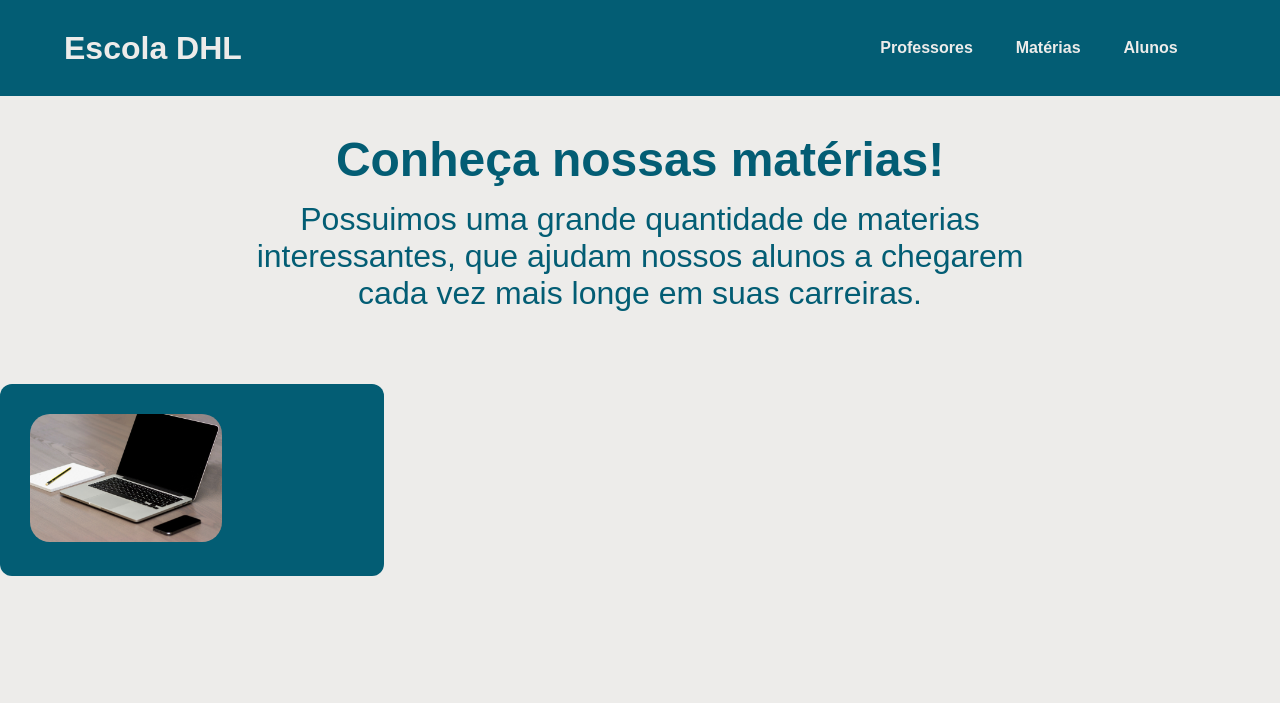
Repository: SirHick/sa-sistema-escola-DHL
Page: front/materias.html
The author's editor kept a copy of each file at every save. The page is drawn from the files as they stood at one save, then again after the next save.
The browser window is 1280 px wide. The pictures show the whole page.

Above is the page before, as saved 2026-07-17 16:31:57.

After the next save:
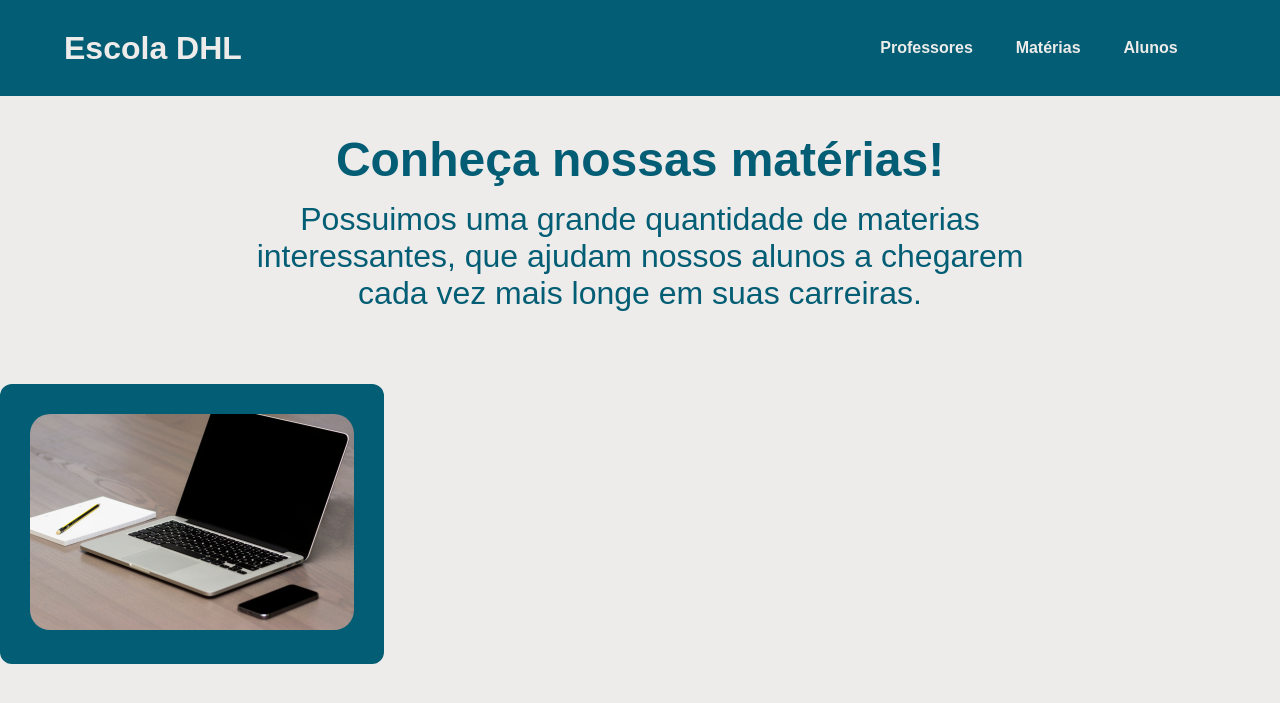
Saved 29 s later.
--- a/front/style.css
+++ b/front/style.css
@@ -90,6 +90,6 @@ header nav a{
 }
 
 .image img{
-    width: 15vw;
+    width: 100%;
     border-radius: 20px;
 }
